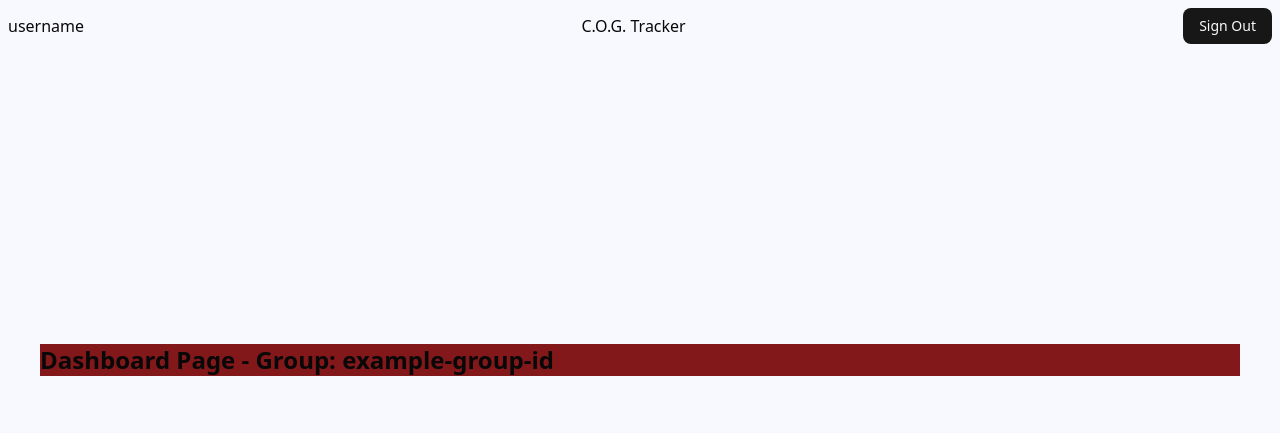
Repository: Renzo-Salosagcol/cog_tracker
Page: /dashboard
The author's editor kept a copy of each file at every save. The page is drawn from the files as they stood at one save, then again after the next save.
The browser window is 1280 px wide. The pictures show the whole page.
The page's requests for data from a server got no answer. The project was rebuilt for these pictures with package versions that can differ from the ones it lists, and the page was loaded fresh each time. The framework's server and built-in components were replaced by stand-ins that run in the browser. No one was signed in, and anything a server would have sent is missing. Also part of the build but not shown: next.config.ts.

Above is the page before, as saved 2026-01-14 19:34:31.

After the next save:
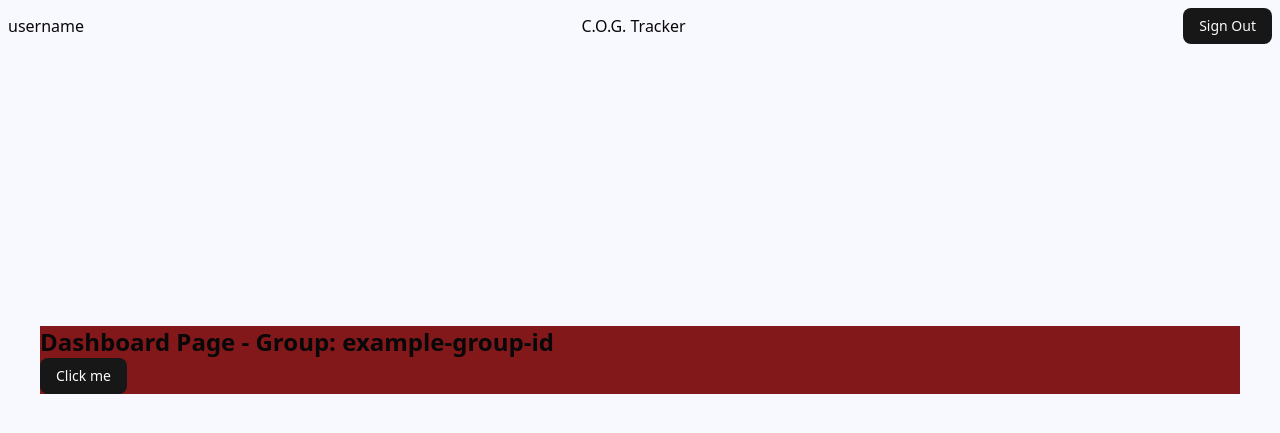
Saved 13 s later.
--- a/app/dashboard/page.tsx
+++ b/app/dashboard/page.tsx
@@ -1,6 +1,7 @@
 "use client";
 
 import { Navbar } from "@/components/navbar";
+import { Button } from "@/components/ui/button";
 
 import { useState } from "react";
 
@@ -16,6 +17,7 @@ export default function DashboardPage() {
           <h1 className="font-bold text-2xl">
             Dashboard Page - Group: {group}
           </h1>
+          <Button>Click me</Button>
         </div>
 
       </div>
